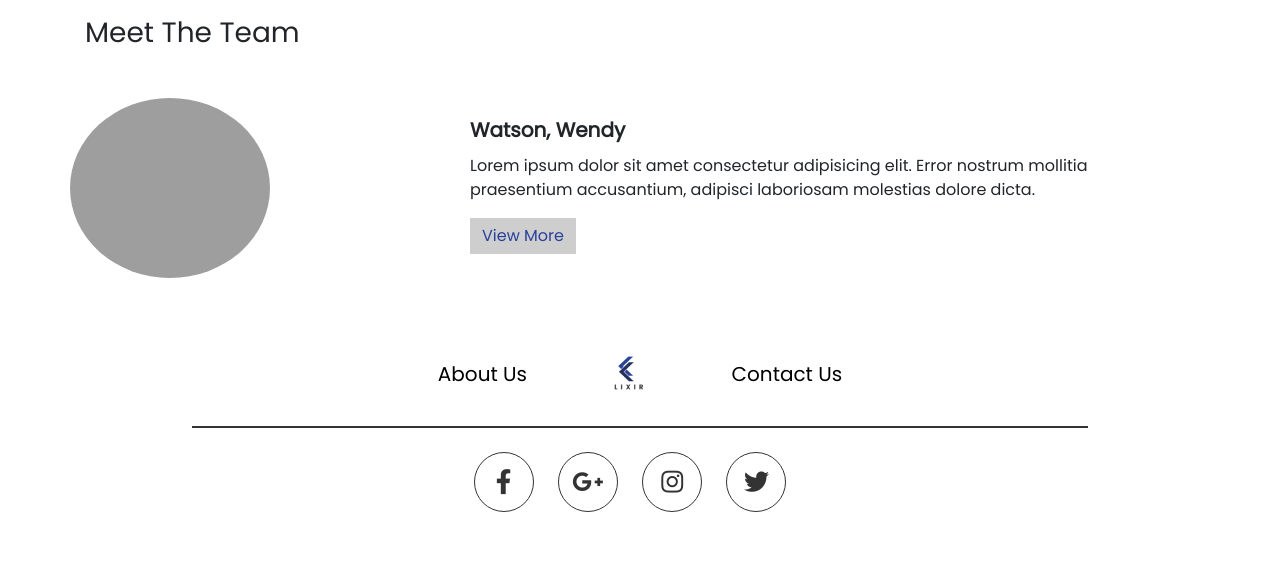
Repository: phiiileo/lit-page
Page: team-page.html
An editor plug-in stored every save of this project. The page is shown before and after a run of saves, followed by the edit.
The browser window is 1280 px wide. The pictures show the whole page.
Pictures or frames that could not be fetched are drawn as grey boxes. Some web libraries are served in a nearby version.

Above is the page before, as saved 2019-12-04 21:21:36.

### team-page.html
<head>
  <meta charset="UTF-8" />
  <meta name="viewport" content="width=device-width, initial-scale=1.0" />
  <meta http-equiv="X-UA-Compatible" content="ie=edge" />
  <title>Lixir | Official Page</title>
  <link
    rel="stylesheet"
    href="css/bootstrap-4.4.0-dist/css/bootstrap.min.css"
  />
  <script src="js/jquery-1.11.1.min.js"></script>
  <script src="js/popper.min.js"></script>
  <script src="css/bootstrap-4.4.0-dist/js/bootstrap.min.js"></script>
  <link
    href="https://fonts.googleapis.com/css?family=Poppins&display=swap"
    rel="stylesheet"
  />
  <link
    rel="stylesheet"
    type="text/css"
    href="https://cdnjs.cloudflare.com/ajax/libs/font-awesome/5.11.2/css/all.min.css"
  />
  <link rel="stylesheet" href="css/site_footer.css" />
  <link rel="stylesheet" href="./css/team-page.css">
</head>

<div class="container">
    <p><h3>Meet The Team</h3></p>
    <div class="row row-cols-1 row-cols-md-1 mt-5 mb-5">
        <div class="card">
            <div class="row no-gutters">
                <div class="col-md-4 justify-content-center">
                    <img src="https://res.cloudinary.com/gboyega/image/upload/v1575387409/grillspot/profile-placeholder_kqu2no.png" alt="profileImage" class="team-image">
                </div>
                <div class="col-md-8">
                    <div class="card-body">
                        <h5 class="card-title">Watson, Wendy</h5>
                        <p class="card-text">Lorem ipsum dolor sit amet consectetur adipisicing elit. Error nostrum mollitia praesentium accusantium, adipisci laboriosam molestias dolore dicta.</p>
                        <p class="card-text"><button class="btn btn-secondary" id="viewMoreButton">View More</button></p>
                    </div>
                </div>
            </div>
        </div>
    </div>
</div>

<footer class="mt-5">
  <section class="footer_content mx-auto text-center">
    <section class="footer_content--one">
      <a href="about_us.php" class="">About Us</a>
      <a href="index.php" class="mx-5">
        <img src="image/footer_logo.png" alt="" width="100px" height="100px"
      /></a>
      <a href="contact.php" class="">Contact Us</a>
    </section>
    <section class="footer_content--two pt-4">
      <a href="#"><i class="fab fa-facebook-f"></i></a>
      <a href=""><i class="fab fa-google-plus-g"></i></a>
      <a href=""><i class="fab fa-instagram"></i></a>
      <a href=""><i class="fab fa-twitter"></i></a>
    </section>
  </section>
</footer>

### css/site_footer.css
footer .footer_content {
    width: 70%;
  }

  footer .footer_content .footer_content--one {
    width: 100%;
    border-bottom: 2px solid #333333;
  }

  footer .footer_content .footer_content--one a {
    font-size: 20px;
    line-height: 28px;
    color: #000000;
    display: inline-block;
  }

  footer .footer_content .footer_content--two a {
    color: #333333;
    border: 1px solid #333333;
    border-radius: 50%;
    width: 60px;
    height: 60px;
    display: -webkit-inline-box;
    display: -ms-inline-flexbox;
    display: inline-flex;
    -webkit-box-pack: center;
        -ms-flex-pack: center;
            justify-content: center;
    -webkit-box-align: center;
        -ms-flex-align: center;
            align-items: center;
    margin-right: 20px;
    margin-bottom: 20px;
  }

  footer .footer_content .footer_content--two a i {
    font-size: 25px;
  }

### css/team-page.css
* {
  margin-top: 0;
  padding: 0px;
  box-sizing: border-box;
  font-family: "Poppins", sans-serif;
}
.team-image{
    width: 200px;
    height: 180px;
    border-radius: 50%;
}

.card{
    border: 0;
}

.card-title{
    font-weight: bold;
}

#viewMoreButton{
    color:#29419b ;
    background: #cecece;
    border-radius: 0;
    border: 0;
}

Loaded but not shown: css/bootstrap-4.4.0-dist/css/bootstrap.min.css (library); js/jquery-1.11.1.min.js (library); js/popper.min.js (library); css/bootstrap-4.4.0-dist/js/bootstrap.min.js (library)

After the next 4 saves:
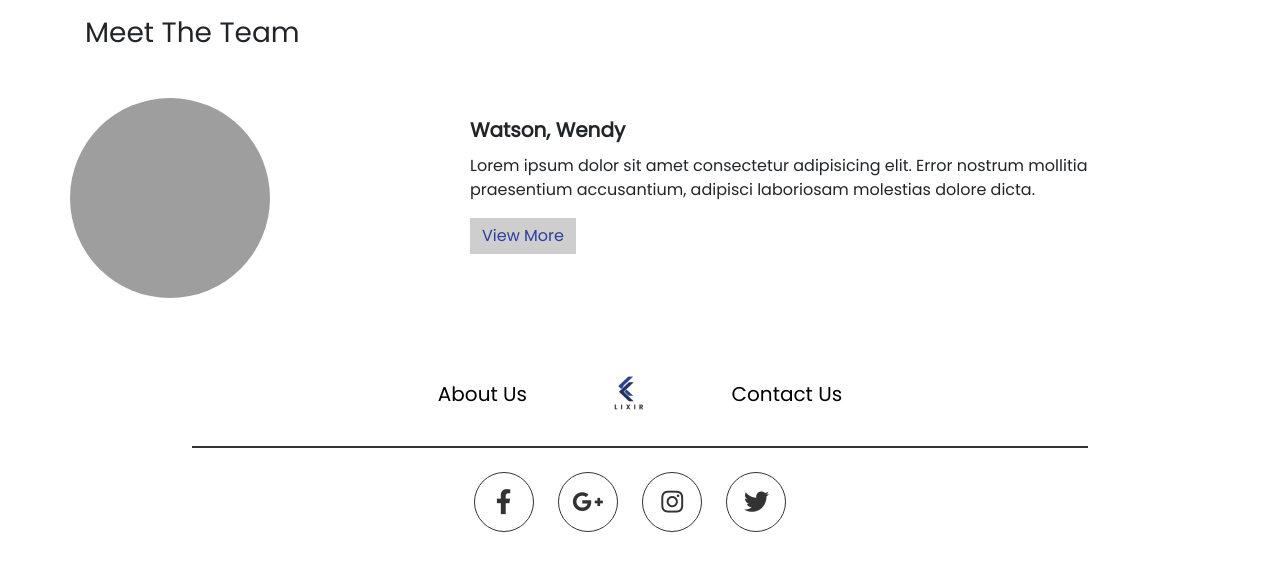
The 4 saves are shown as one change because they came seconds apart.
The last was saved 7 s later.
--- a/css/team-page.css
+++ b/css/team-page.css
@@ -6,7 +6,7 @@
 }
 .team-image{
     width: 200px;
-    height: 180px;
+    height: 200px;
     border-radius: 50%;
 }
 
